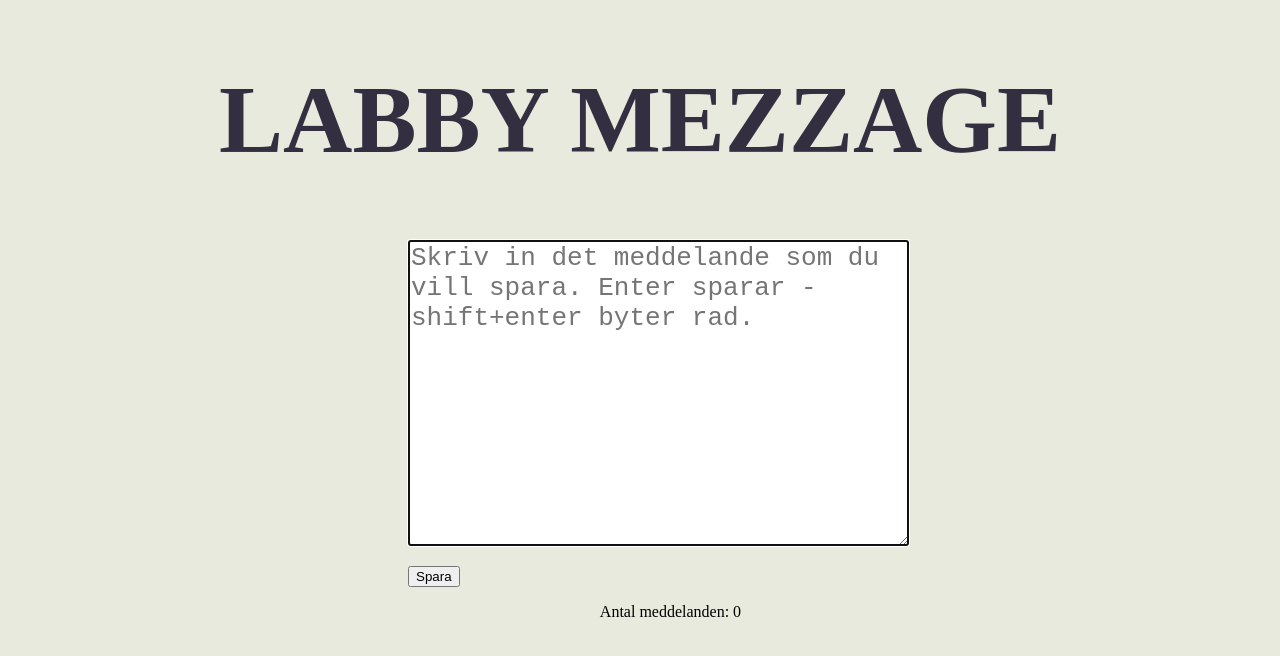
Repository: em222mt/1dv403-laborationer
Page: 2-labbymezzage/Index.html
The author's editor kept a record of every edit. The page is drawn from the files as they stood at one moment, then again after the next edit.
The browser window is 1280 px wide. The pictures show the whole page.

Above is the page before.

### 2-labbymezzage/Index.html
<!DOCTYPE html>
<html lang="sv">
<head>
	<meta charset="UTF-8" />
 	<title>Labby Mezzage</title>
    <link rel="stylesheet" href="css/style.css">
</head>
    <body>
        <header>
            <h1>LABBY MEZZAGE</h1>
        </header>

        <main>
            <div id="container">
                <section id="mainsection">
            		<form action="post" name="form">
                        <textarea id="formtext" cols="30" rows="10"></textarea>
                        <p id="value"></p>
                        <input id="send" type="button" value="Spara" />
                    </form>
                </section>
            </div>

            <div id="container2">
                <aside id="messagearea">

                </aside>
            </div>
            <div id="counterDiv">
                <p id="counter"></p>
            </div>
        </main>

    	<script src="js/Message.js"></script>
    	<script src="js/MessageBoard.js"></script>

    </body>
</html>

### 2-labbymezzage/css/style.css
/*Layout*/

article, aside, details, figcaption, figure,
footer, header, hgroup, main, menu, nav{

    background-color: #E8EADD;
}

/*Container*/

h1 {
    font-weight: bold;
    text-align: center;
    color: #332F40;
    font-size: 6em;
    font-family: 'Lobster', cursive;
    /*font-family: Comic Sans, Comic Sans MS, cursive;*/
    /*text-decoration: uppercase;*/
}

body{
    background-color: #E8EADD;
}

#messagearea {
    float: left;
    background-color: white;
    width: 450px;
    min-height: 300px auto;

}

form{
    max-width: 50%;
}
#mainsection{
    max-width: 50%;
    margin: 0px 0px 0px 400px;
}
#container{
    float: left;
    width: 50%;
    height: 100%;
}
#container2{
    float: left;
    width: 50%;
}

#formtext{
    font-size: 2em;
}

.messageContainer{
    width: 98%;
    float: left;
    background-color: #A8C4B4;
    border: 1px solid black;
    margin: 3px 3px 3px 3px;
}

.textContainer{
    width: 85%;
    float: left;
    font-size: 1.2em;
}

.time{
    text-indent: 13px;
}

.detailsContainer{
    width: 15%;
    float: left;
    text-indent: 8px;
    font-size: 0.8em;
    margin-top: 10px;
}
.input{
    max-width: 85%;
    word-break: break-all;
    margin-left: 10px;
}

img{
    margin-right: 5px;
    width:24px;
    height:24px;
}

#counterDiv{
    float: right;
    margin-right: 42%;
}

### 2-labbymezzage/js/Message.js
'use strict';
// Konstruktorfunktion för att skapa ett meddelandeobjekt.
function Message(message, date){

    this.getText = function(){
        return message;
    };

    this.setText = function(_text){
        message = _text;
    };

    this.getDate = function(){
        return date;
    };

    this.setDate = function(_date){
        date = _date;
    };
}
// Hämtar texten och ersätter </br> med \n.
Message.prototype.getHTMLText = function(){
    return this.getText().replace(/[\n\r]/g, "</br>");
};
// Hämtar tiden då ett meddelande skrevs...
Message.prototype.getDateText = function(){
    var now = this.getDate();
    var seconds = now.getSeconds();
    var minutes = now.getMinutes();
    var hours = now.getHours();
    //...och returnerar en formaterad sträng då sekunder och minuter är mindre än 10.
    return hours + ":" + (minutes < 10 ? '0' : '') + minutes + ":" + (seconds < 10 ? '0' : '') + seconds;

};
// Hämtar en tidsstämpel med datum och tid.
Message.prototype.getTimeDetails = function(){
    var date = this.getDate();
    var day = date.getDate();
    var month = date.getMonth();
    var year = date.getFullYear();

    return "Postat den " + year + "/" + (month + 1) + "/" + day + " " + this.getDateText();
};

### 2-labbymezzage/js/MessageBoard.js
'use strict';

var MessageBoard = {
    // Variabel för meddelanden
    messages: [],

    init: function(){
        // Anropar count och sätter räknaren till 0.
        MessageBoard.countMessages();
        // Skapar ett meddelande då Spara-knappen klickas.
        var submit = document.getElementById("send");
        submit.onclick = MessageBoard.createMessage;
        // Förklarar sidan funktion för användaren.
        var textBox = document.getElementById("formtext");
        textBox.placeholder = "Skriv in det meddelande som du vill spara. Enter sparar - shift+enter byter rad.";
        // Sätter en blinkande markör i textarean.
        textBox.focus();
        // Skapar ett meddelande då entertangenten trycks.
        textBox.onkeypress = function(e){
		if(!e){ e=window.event; }
		    if(e.keyCode == 13 && !e.shiftKey){
		        e.preventDefault();
		        MessageBoard.createMessage();
		    }
        };
    },
    // Skapar ett meddelandeobjekt om inte rutan är tom.
    createMessage: function(){
        if (document.getElementById("formtext").value === "") {
            return false;
        }
        var input = document.getElementById("formtext");
        MessageBoard.messages.push( new Message(input.value, new Date()) );
        MessageBoard.renderMessages();
    },

    // Rendera alla meddelanden
    renderMessages: function(){
        //Tar bort alla meddelanden och skriver ut dom igen.
        document.getElementById("messagearea").innerHTML = "";
        for (var i = 0; i < MessageBoard.messages.length; ++i){
        MessageBoard.renderMessage(i);
        }
        //Tömmer meddelanderutan och sätter en blinkande markör.
        document.form.formtext.value = "";
        document.form.formtext.focus();
    },
    // Skriver ut ett meddelande och skapar en struktur för style.css.
    renderMessage: function(messageID){

        var input = document.createElement("p");
        input.className = "input";
        input.innerHTML = MessageBoard.messages[messageID].getHTMLText();

        var textContainer = document.createElement("div");
        textContainer.className = ("textContainer");
        textContainer.appendChild(input);

        var time = document.createElement("p");
        time.className = "time";
        time.innerHTML = MessageBoard.messages[messageID].getDateText();

		var imageClock = document.createElement("a");
		imageClock.setAttribute("href", "#");
		imageClock.innerHTML = '<img src="pics/clock.png" title="Se när meddelandet skapades." alt="Clock" />';

		var imageRemove = document.createElement("a");
		imageRemove.setAttribute("href", "#");
		imageRemove.innerHTML = '<img src="pics/delete.png" title="Ta bort det här meddelandet." alt="Delete" />';

        var detailsContainer = document.createElement("div");
        detailsContainer.className = "detailsContainer";
		detailsContainer.appendChild(imageClock);
		detailsContainer.appendChild(imageRemove);
		detailsContainer.appendChild(time);

        var messageContainer = document.createElement("div");
        messageContainer.className = "messageContainer";
        messageContainer.appendChild(textContainer);
        messageContainer.appendChild(detailsContainer);

		var container = document.getElementById("messagearea");
		container.appendChild(messageContainer);

		MessageBoard.countMessages();

		// Gör bilderna klickbara.
		imageRemove.onclick = function(){
		    if (window.confirm("Vill du ta bort detta meddelande?")){
		    MessageBoard.removeMessage(messageID);
		    }
		};

		imageClock.onclick = function(){
		  MessageBoard.getTimestamp(messageID);
		};
    },
    // Raderar ett meddelande och sätter räknaren rätt.
    removeMessage: function(messageID){
        MessageBoard.messages.splice(messageID, 1);

        MessageBoard.countMessages();

        MessageBoard.renderMessages();
    },
    // Hämtar den exakt tiden då meddelandet skapades och visar det för användaren i en alertruta.
    getTimestamp: function(messageID){
        alert(MessageBoard.messages[messageID].getTimeDetails());
    },

    // Sätter räknare för antalet meddelanden.
    countMessages: function(){
        var counter = document.getElementById("counter");
        counter.innerHTML = "Antal meddelanden: " + MessageBoard.messages.length;
    }

};
// Kör scripten då sidan är färdigladdad.
window.onload = MessageBoard.init;

After the next edit:
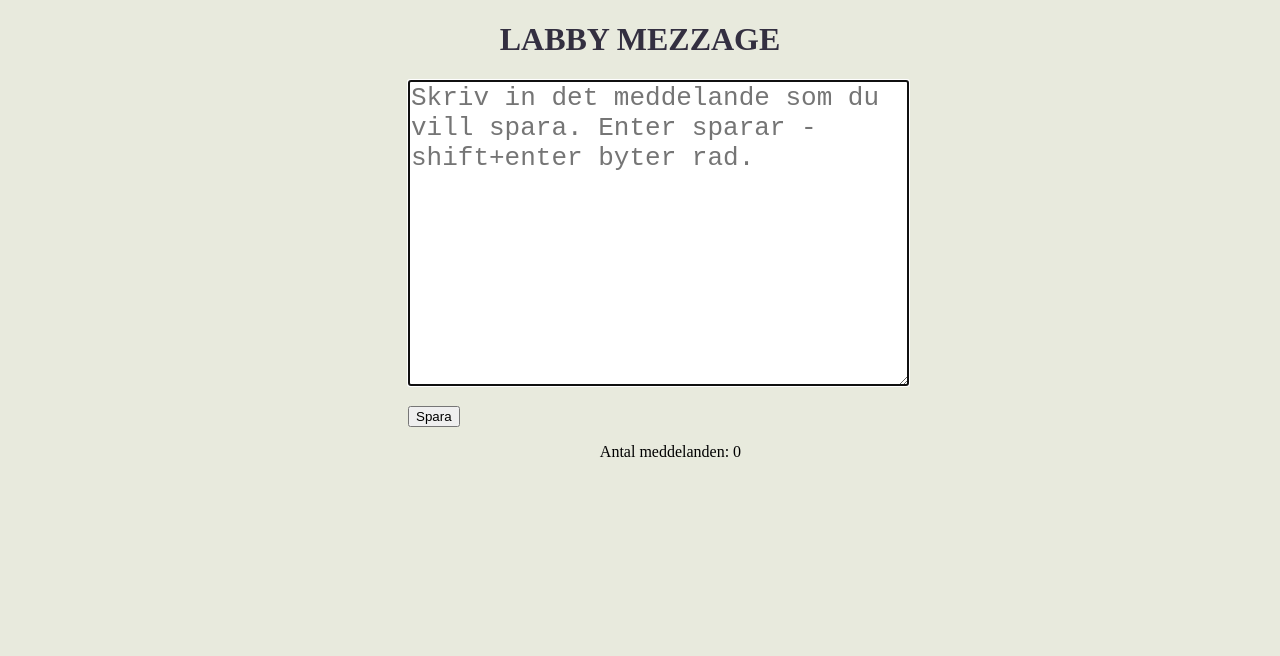
The edit:
--- a/2-labbymezzage/css/style.css
+++ b/2-labbymezzage/css/style.css
@@ -12,8 +12,9 @@
     font-weight: bold;
     text-align: center;
     color: #332F40;
-    font-size: 6em;
-    font-family: 'Lobster', cursive;
+    /*font-size: 6em;*/
+    font-family: 'Pacifico', cursive;
+    /*font-family: 'Lobster', cursive;*/
     /*font-family: Comic Sans, Comic Sans MS, cursive;*/
     /*text-decoration: uppercase;*/
 }
